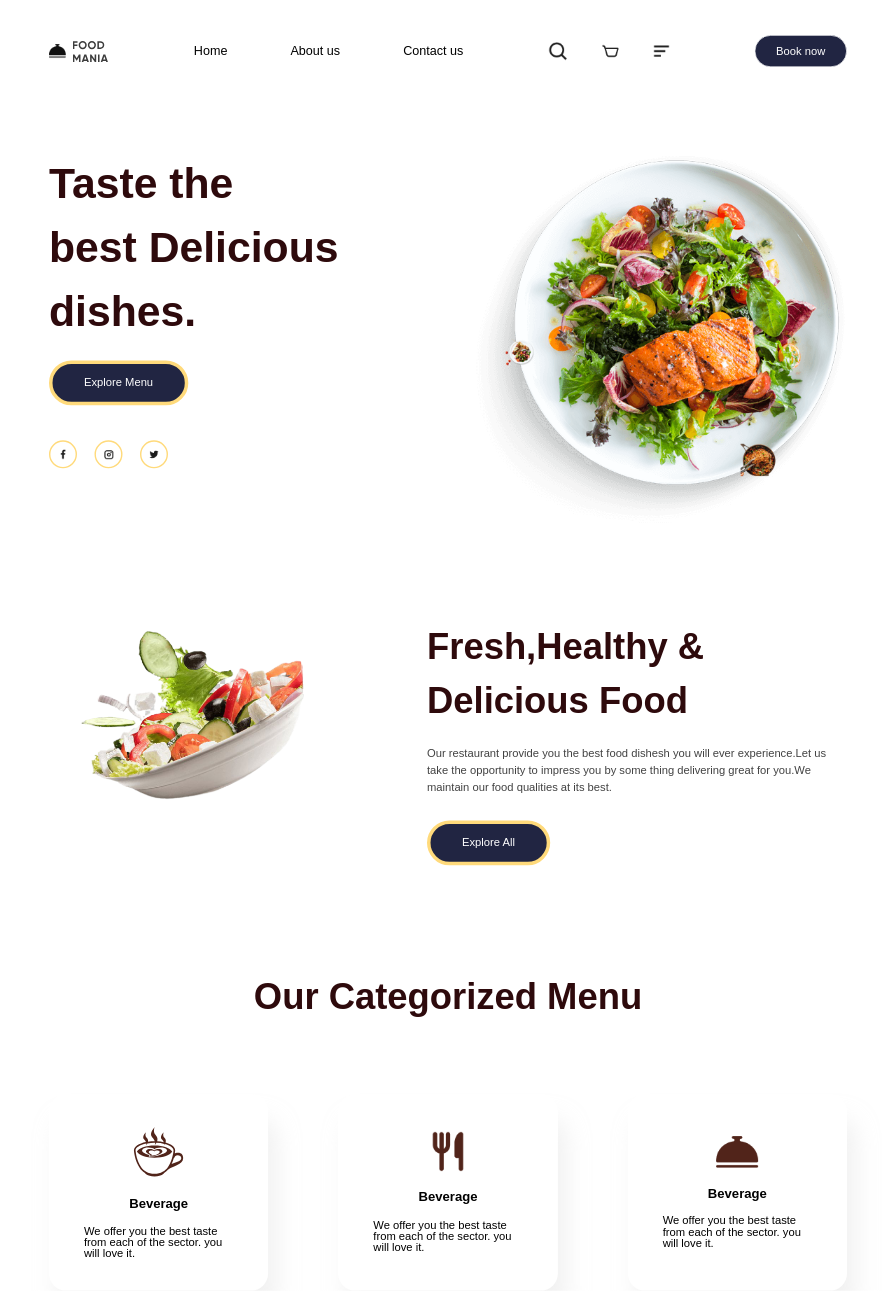
Repository: hoang0508/Figmafood
Page: index.html
The author's editor kept a copy of each file at every save. The page is drawn from the files as they stood at one save, then again after the next save.
The browser window is 1280 px wide. The pictures show the whole page, at 70% of full size.
The style sheet was rebuilt from its Sass, Less or Tailwind sources for each picture, by a compiler version that may differ from the author's.

Above is the page before, as saved 2021-11-08 13:49:36.

### index.html
<!DOCTYPE html>
<html lang="en">
  <head>
    <meta charset="UTF-8" />
    <meta http-equiv="X-UA-Compatible" content="IE=edge" />
    <meta name="viewport" content="width=device-width, initial-scale=1.0" />
    <title>LandingPage Food</title>
    <link
      rel="stylesheet"
      href="https://cdnjs.cloudflare.com/ajax/libs/font-awesome/4.7.0/css/font-awesome.min.css"
      integrity="sha512-SfTiTlX6kk+qitfevl/7LibUOeJWlt9rbyDn92a1DqWOw9vWG2MFoays0sgObmWazO5BQPiFucnnEAjpAB+/Sw=="
      crossorigin="anonymous"
      referrerpolicy="no-referrer"
    />
    <link rel="preconnect" href="https://fonts.googleapis.com" />
    <link rel="preconnect" href="https://fonts.gstatic.com" crossorigin />
    <link
      href="https://fonts.googleapis.com/css2?family=Poppins:wght@300;400;500;600;700&display=swap"
      rel="stylesheet"
    />
    <link rel="stylesheet" href="./css/app.css" />
  </head>
  <body>
    <div class="wrapper">
      <header class="header">
        <div class="container">
          <div class="header-container d-flex--between">
            <div class="header-logo d-flex--center">
              <img src="./images/logo.png" alt="" />
              <img src="./images/FOOD MANIA.svg" alt="" />
            </div>
            <ul class="header-list d-flex--center">
              <li class="header-item">
                <a href="#" class="header-link">Home</a>
              </li>
              <li class="header-item">
                <a href="#" class="header-link">About us</a>
              </li>
              <li class="header-item">
                <a href="#" class="header-link">Contact us</a>
              </li>
            </ul>
            <div class="header-icon d-flex--center">
              <a href="#" class="icon-link">
                <img src="./images/icon-search.png" alt="" />
              </a>
              <a href="#" class="icon-link">
                <img src="./images/icon-cart.png" alt="" />
              </a>
              <a href="#" class="icon-link">
                <img src="./images/icon-bars.png" alt="" />
              </a>
            </div>
            <button class="button button--primary">Book now</button>
          </div>
        </div>
      </header>
      <main>
        <section class="hero">
          <div class="container">
            <div class="hero-container d-flex--between">
              <div class="hero-content">
                <h3 class="hero-title">
                  Taste the <span>best Delicious</span> dishes.
                </h3>
                <button class="button button--primary button--secondary">
                  Explore Menu
                </button>
                <div class="hero-social d-flex--center">
                  <a href="#" class="social-icon">
                    <img src="./images/facebook.png" alt="" />
                  </a>
                  <a href="#" class="social-icon">
                    <img src="./images/instagram.png" alt="" />
                  </a>
                  <a href="#" class="social-icon">
                    <img src="./images/twitter.png" alt="" />
                  </a>
                </div>
              </div>
              <div class="hero-image">
                <div class="hero-image--big">
                  <img
                    src="./images/kisspng-hamburger-street-food-seafood-fast-food-delicious-food-5a75083cceaf41 1.png"
                    alt=""
                  />
                </div>
                <div class="hero-image--small-top">
                  <img src="./images/dlf 1.png" alt="" />
                </div>
                <div class="hero-image--small-bottom">
                  <img
                    src="./images/Pad-Thai_1-removebg-preview 1.png"
                    alt=""
                  />
                </div>
              </div>
            </div>
          </div>
        </section>
        <section class="about">
          <div class="container">
            <div class="about-container d-flex--between">
              <div class="about-image">
                <img
                  src="./images/imgbin-greek-salad-recipe-vegetarian-cuisine-everyday-super-food-salad-plate-gEMC3ig2LzciXACd5pm3EKWBe-removebg-preview 1.png"
                  alt=""
                />
              </div>
              <div class="about-content">
                <h3 class="heading-title">Fresh,Healthy & Delicious Food</h3>
                <p class="text-desc">
                  Our restaurant provide you the best food dishesh you will ever
                  experience.Let us take the opportunity to impress you by some
                  thing delivering great for you.We maintain our food qualities
                  at its best.
                </p>
                <button class="button button--primary button--secondary">
                  Explore All
                </button>
              </div>
            </div>
          </div>
        </section>
        <section class="menu">
          <div class="container">
            <div class="menu-container">
              <h3 class="heading-title menu-heading">Our Categorized Menu</h3>
              <div class="menu-list">
                <div class="menu-item">
                  <div class="menu-image">
                    <img
                      src="./images/emojione-monotone_hot-beverage.svg"
                      alt=""
                    />
                  </div>
                  <h3 class="menu-title heading-title--small">Beverage</h3>
                  <p class="menu-desc">
                    We offer you the best taste from each of the sector. you
                    will love it.
                  </p>
                </div>
                <div class="menu-item">
                  <div class="menu-image">
                    <img src="./images/Vector.png" alt="" />
                  </div>
                  <h3 class="menu-title heading-title--small">Beverage</h3>
                  <p class="menu-desc">
                    We offer you the best taste from each of the sector. you
                    will love it.
                  </p>
                </div>
                <div class="menu-item">
                  <div class="menu-image">
                    <img src="./images/Vector (1).png" alt="" />
                  </div>
                  <h3 class="menu-title heading-title--small">Beverage</h3>
                  <p class="menu-desc">
                    We offer you the best taste from each of the sector. you
                    will love it.
                  </p>
                </div>
              </div>
            </div>
          </div>
        </section>
      </main>
    </div>
  </body>
</html>

### sass/app.scss
@import "variable";
@import "reset";
@import "global";
@import "typography";
@import "header";
@import "hero";
@import "about";
@import "menu";

### sass/variable.scss
$primary-color: #212542;
$secondary-color: #2e0a0c;
$border-color: #ffda7b;
$text-color-box: #424242;
$text-color-small: #747474;

### sass/reset.scss
html {
  box-sizing: border-box;
}
* {
  margin: 0;
  padding: 0;
}
*,
*:before,
*:after {
  box-sizing: border-box;
}
input,
textarea,
select,
button {
  outline: none;
}
input {
  line-height: normal;
}
label,
button {
  cursor: pointer;
}
a {
  text-decoration: none;
}
img {
  display: block;
  max-width: 100%;
}

ul,
li {
  list-style: none;
}

### sass/global.scss
.wrapper {
  max-width: 1440px;
  margin: 0 auto;
  overflow: hidden;
}

.container {
  max-width: 1170px;
  margin: 0 auto;
  padding: 0 15px;
}

body {
  font-family: "Popins", sans-serif;
  line-height: 1;
  font-size: 16px;
}

body::-webkit-scrollbar {
  width: 7px;
}

body::-webkit-scrollbar-thumb {
  background-color: $primary-color;
  border-radius: 10px;
}

.d-flex--center {
  display: flex;
  align-items: center;
}

.d-flex--between {
  display: flex;
  justify-content: space-between;
  align-items: center;
}

.button {
  display: inline-block;
  color: #fff;
  background-color: $primary-color;
  border: 0;
  &--primary {
    font-size: 16px;
    font-weight: 500;
    line-height: calc(24 / 16);
    padding: 10px 30px;
    background: #212542;
    border: 1.5px solid #ffffff;
    border-radius: 100px;
    display: flex;
    align-items: center;
    justify-content: center;
  }
  &--secondary {
    padding: 15px 45px;
    border-width: 5px;
    border-color: $border-color;
  }
}

### sass/typography.scss
.heading-title {
  font-size: 52px;
  font-weight: 600;
  line-height: calc(87 / 58);
  color: $secondary-color;
}

.text-desc {
  font-size: 16px;
  font-weight: 500;
  line-height: calc(27 / 18);
  padding: 25px 0 35px;
  color: $text-color-box;
}

### sass/_header.scss
.header {
  margin-top: 50px;
  margin-bottom: 121px;
  &-logo {
    gap: 10px;
  }
  &-list {
    gap: 0 90px;
    font-size: 18px;
    font-weight: 500;
  }
  &-item {
    position: relative;
  }
  &-link {
    position: relative;
    color: #000000;
  }
  &-link:after {
    content: "";
    position: absolute;
    display: block;
    width: 0;
    height: 3px;
    background-color: $primary-color;
    bottom: -8px;
    border-radius: 5px;
    transition: all 0.3s linear;
  }
  &-link:hover::after {
    width: 100%;
    transition: all 0.3s linear;
  }
  &-icon {
    gap: 0 50px;
  }
}

### sass/_hero.scss
.hero {
  padding-bottom: 120px;
  &-container {
    align-items: stretch;
  }
  &-content {
    max-width: 455px;
    width: 100%;
  }
  &-title {
    font-size: 61px;
    line-height: calc(91 / 61);
    color: $secondary-color;
    font-weight: 600;
    padding-bottom: 25px;
    span {
      display: block;
    }
  }
  &-social {
    padding-top: 50px;
    gap: 0 25px;
    a.social-icon {
      width: 40px;
      height: 40px;
      border: 2px solid $border-color;
      border-radius: 100rem;
      display: flex;
      justify-content: center;
      align-items: center;
    }
  }
  &-image {
    position: relative;
  }
  &-image--big {
    position: relative;
  }
  &-image--small-top {
    position: absolute;
    left: 0;
    top: 50%;
    transform: translateX(50%);
    width: 100px;
  }
  &-image--small-bottom {
    position: absolute;
    bottom: 70px;
    right: 100px;
  }
}

### sass/_about.scss
.about {
  padding-bottom: 135px;
  &-container {
    gap: 170px;
  }
  &-content {
    max-width: 600px;
    width: 100%;
  }
}

### sass/_menu.scss
.menu {
  &-heading {
    text-align: center;
    padding-bottom: 100px;
  }
  &-list {
    display: grid;
    grid-template-columns: repeat(3, 1fr);
    grid-gap: 0px 100px;
  }
  &-item {
    display: flex;
    align-items: center;
    justify-content: center;
    flex-direction: column;
    background: #ffffff;
    box-shadow: 12px 36px 32px rgba(228, 228, 228, 0.5);
    border-radius: 25px;
    padding: 45px 50px;
  }
  &-image {
    padding-bottom: 28px;
  }
  &-title {
    padding-bottom: 22px;
  }
}

After the next save:
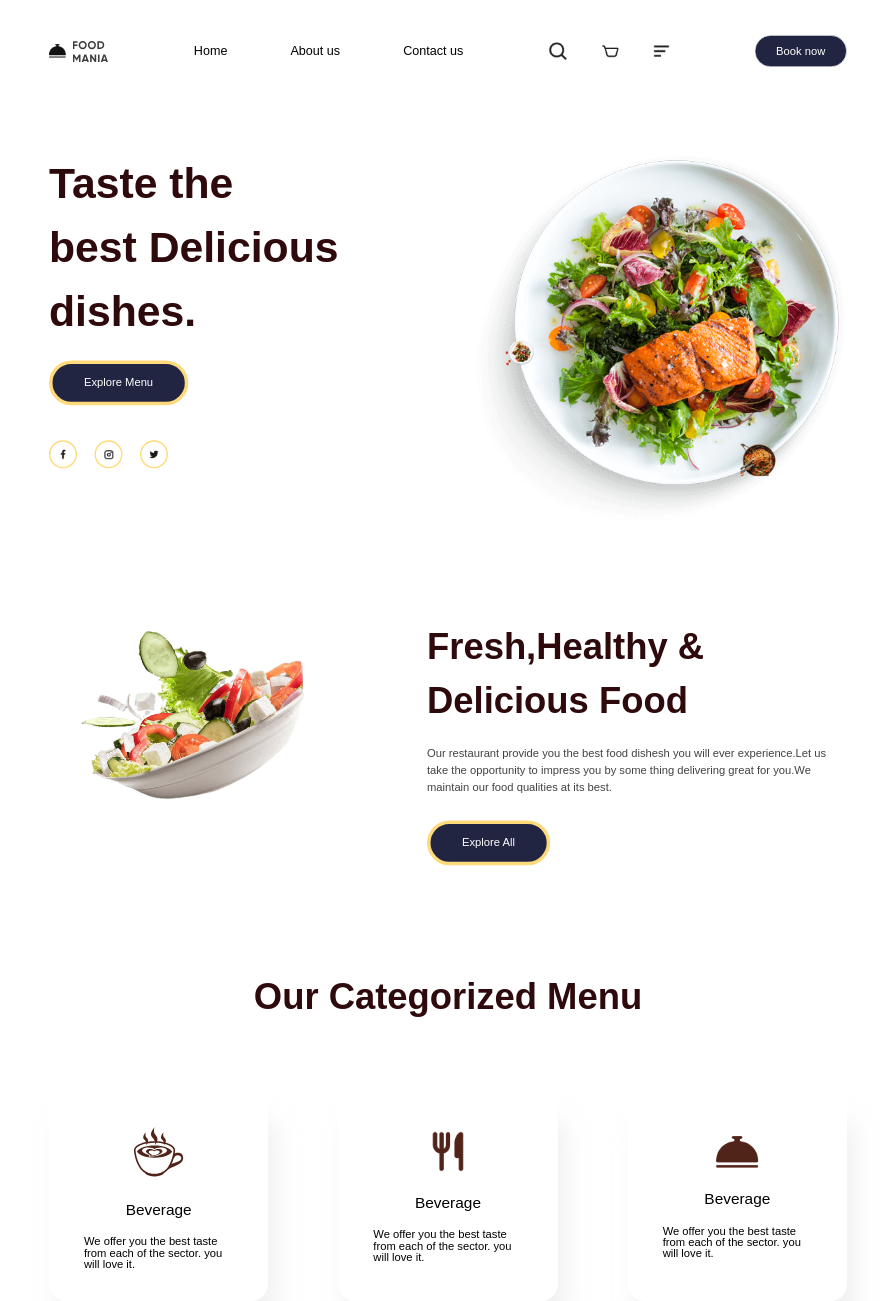
Saved 80 s later.
--- a/sass/typography.scss
+++ b/sass/typography.scss
@@ -12,3 +12,9 @@
   padding: 25px 0 35px;
   color: $text-color-box;
 }
+
+.heading-title--small {
+  font-size: 22px;
+  line-height: calc(33 / 22);
+  font-weight: 500;
+}
